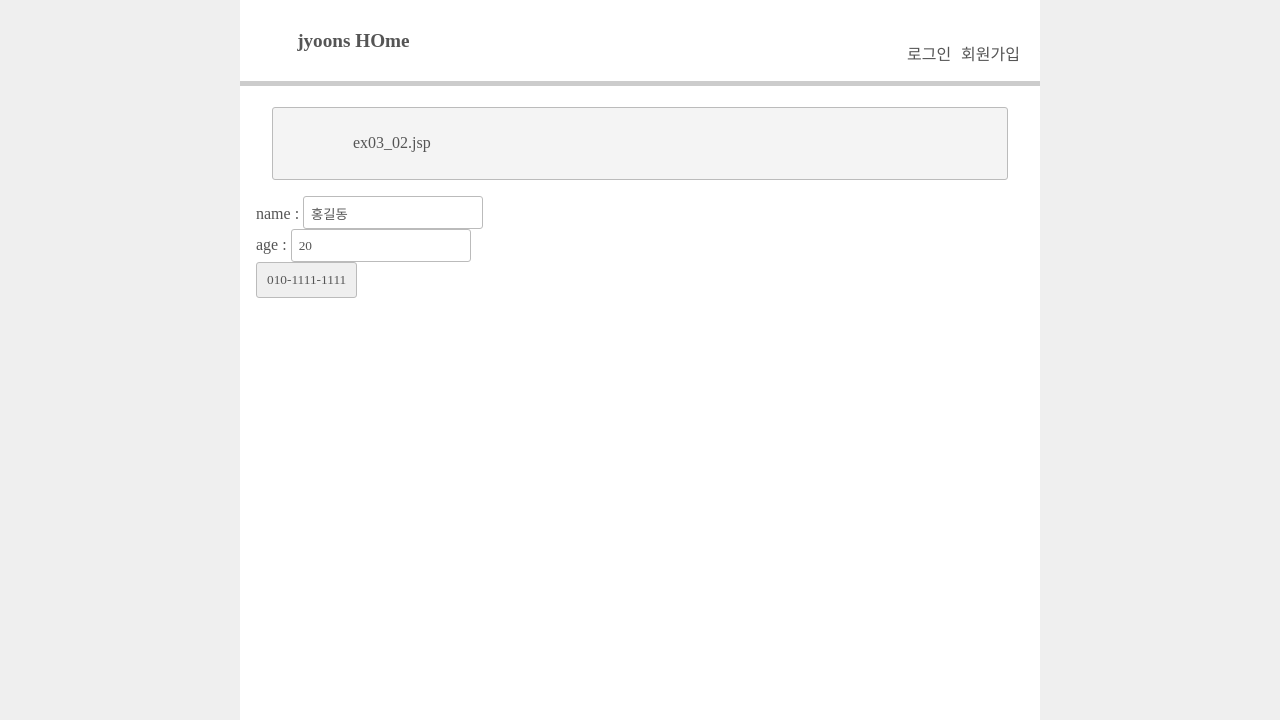
Repository: jyoons00/JSP-sample
Page: http://localhost/jspPro/days04/ex03_02.jsp
An editor plug-in stored every save of this project. The page is shown before and after the next save, followed by the edit.
The browser window is 1280 px wide. The pictures show the whole page.
Some web fonts or font styles are not loaded; a fallback is used. The page is served by Tomcat 9. Other server files are loaded and not shown.

Above is the page before, as saved 2024-10-18 06:05:17.

### jspPro/src/main/webapp/days04/ex03_02.jsp
<%@ page contentType="text/html; charset=UTF-8" pageEncoding="UTF-8"%>
<%@ taglib prefix="c" uri="http://java.sun.com/jsp/jstl/core" %>
<!DOCTYPE html>
<html>
  <head>
    <meta charset="UTF-8" />
    <title>Insert title here</title>
    <link
      rel="shortcut icon"
      type="image/x-icon"
      href="http://localhost/jspPro/images/SiSt.ico"
    />
    <script src="https://ajax.googleapis.com/ajax/libs/jquery/3.7.1/jquery.min.js"></script>
    <meta name="viewport" content="width=device-width, initial-scale=1.0" />
    <link
      rel="stylesheet"
      href="http://localhost/jspPro/resources/cdn-main/example.css"
    />
    <script src="http://localhost/jspPro/resources/cdn-main/example.js"></script>
    <style>
      span.material-symbols-outlined {
        vertical-align: text-bottom;
      }
    </style>
  </head>
  <body>
    <header>
      <h1 class="main">
        <a href="#" style="position: absolute; top: 30px">jyoons HOme</a>
      </h1>
      <ul>
        <li><a href="#">로그인</a></li>
        <li><a href="#">회원가입</a></li>
      </ul>
    </header>
    <div>
      <xmp class="code">
   		ex03_02.jsp
  	  </xmp>

  	  <form action="ex03_02.jsp">
  	  		name : <input type="text " name="name" value="홍길동"><br>
  	  		age : <input type="text" name="age" value="20"><br>
  	  		<input type="submit" value="010-1111-1111">
  	  </form>
    </div>

  </body>
</html>

### jspPro/src/main/webapp/resources/cdn-main/example.css
@charset "UTF-8";

@import url('https://fonts.googleapis.com/css2?family=Material+Symbols+Outlined:opsz,wght,FILL,GRAD@20..48,100..700,0..1,-50..200');

@font-face {
    font-family: 'GmarketSansMedium';
    src: url('https://cdn.jsdelivr.net/gh/projectnoonnu/noonfonts_2001@1.1/GmarketSansMedium.woff') format('woff');
    font-weight: normal;
    font-style: normal;
}

:root {
	--text-color: #555;
	--sub-text-color: #777;
	--back-color: #EFEFEF;
	--header-color: #444;
	--primary-color: #DEDEDE;
	--secondary-color: #EFEFEF;
	--default-width: 800px;
	--narrow-width: 500px;
	--wide-width: 1200px;
	--text-font: 'GmarketSansMedium';
	--icon-font: 'Material Symbols Outlined';
	--border-color: #CCC;
}

html, body {
	margin: 0;
	padding: 0;
}

html {
	background-color: var(--back-color);
	display: flex;
	justify-content: center;
	min-height: 100vh;
}

body, body.default {
	width: var(--default-width);
	background-color: white;
	padding-bottom: 120px;
}

body.wide {
	width: var(--wide-width);
}

body.narrow {
	width: var(--narrow-width);
}



body, p, div, span, a, input, select, option, textarea, button, table, th, td, label, fieldset, legend {
	font-family: var(--text-font);
	color: var(--text-color);
}

h1, h2, h3 {
	font-family: var(--text-font);
	color: var(--header-color);
	padding: 0 1rem;
	padding-top: .5rem;
}

div > h1, div > h2, div > h3 {
	padding: 0;
}

body > div, body > main > div {
	padding: 0.3rem 1rem;
}


h1 { font-size: 2rem; border-bottom: 1px solid var(--border-color); }
h1 small { font-size: 1.2rem; color: var(--sub-text-color); }
h2 { font-size: 1.5rem; border-bottom: 1px dashed var(--border-color); }
h2 small { font-size: 1.1rem; color: --sub-text-color; }
h3 { font-size: 1.2rem; }
h3 small { font-size: 1rem; color: --sub-text-color; }



h1.main::before {
	font-family: var(--icon-font);
  	content: '\e666';
  	margin-right: 10px;
  	float: left;
	font-size: 2.5rem;
}

h1.sub::before {
	font-family: var(--icon-font);
  	content: '\ea19';
  	margin-right: 10px;
  	float: left;
	font-size: 2.5rem;
}


h1.page::before {
	font-family: var(--icon-font);
  	content: '\e0e0';
  	margin-right: 10px;
  	float: left;
	font-size: 2.5rem;
}

body > header > ul > li > .active{
	background-color: #FFF;
	color:#F00;
}

body > header {
	display: flex;
	justify-content: space-between;
	border-bottom: 5px solid var(--border-color);
	min-height: 74px;
	background-color: #FFF;
}

body > header.sticky {
	position: sticky;
	top: 0;
	z-index: 98;
}

body > header > h1 {
	font-size: 1.2rem;
	border: 0;
}

body > header.in > h1::before {
	font-family: var(--icon-font);
  	content: '\e332‥';
  	margin-right: 3px;
  	float: left;
	font-size: 2rem;
}


body > header > ul {
	list-style-type: none;
	display: flex;
	align-items: flex-end;
	margin-right: 10px;
}

body > header > ul > li {
	margin-right: 10px;
	cursor: pointer;
}

body > header > ul > li > a {
	cursor: pointer;
}


form {
	display: block;
}

form > div {
	padding: 0.3rem 1rem;
}

div > form > div {
	padding: 0.3rem 0;
}

input, textarea, button, select {
	border: 1px solid #BBB;
	border-radius: 3px;
	outline: none;
	resize: none;
	padding: 7px;
	margin: 0;
}

input[type=text]:read-only, textarea:read-only {
	cursor: not-allowed;
	background-color: #FFF;
}

input[type=text]:disabled, textarea:disabled {
	cursor: not-allowed;
	background-color: #EEE;
}

input[type=text], input[type=password], textarea, button, select {
	/* width: 300px; */
}

textarea {
	display: block;
	height: 100px;
}

input[type=button], input[type=submit], button {
	/* width: inherit; */
}

input.short, textarea.short, button.short, select.short {
	width: 100px;
}

input.long, textarea.long, button.long, select.long {
	width: 350px;
}

.narrow input.long, .narrow textarea.long, .narrow button.long, .narrow select.long {
	width: calc(100% - 20px);
}

input.full, textarea.full, button.full, select.full {
	width: calc(100% - 20px);
}

textarea.short {
	height: 50px;
}

textarea.long {
	height: 100px;
}

textarea.full {
	height: 200px;
}

input, textarea {
	padding-top: 8px;
}

input[type=button], input[type=submit], button {
	padding: 5px 10px;
	background-color: var(--secondary-color);
	cursor: pointer;
	min-height: 36px;
}

input[type=button].primary, input[type=submit].primary, button.primary {
	/* background-color: rgba(100, 149, 237, .2); */
	background-color: var(--primary-color);
}

input[type=button].primary:hover, input[type=submit].primary:hover, button.primary:hover {
	/* background-color: rgba(100, 149, 237, .3); */
	background-color: var(--secondary-color);
}

input[type=button]:hover, input[type=submit]:hover, button:hover {
	background-color: var(--primary-color);
}

button {
	position: relative;
	left: 0;
	top: 0;
	padding-left: 35px;
}

button .material-symbols-outlined {
	position: absolute;
	left: 10px;
	top: 4px;
}

/* k2nik add */
button.login::before {
	font-family: var(--icon-font);
  	content: '\ea77';
	position: absolute;
	left: 11px;
	top: 4px;
	font-size: 1.25rem;
}

/* k2nik logout */
button.logout::before {
	font-family: var(--icon-font);
  	content: '\e9ba';
	position: absolute;
	left: 11px;
	top: 4px;
	font-size: 1.25rem;
}

/* k2nik help */
button.help::before {
	font-family: var(--icon-font);
  	content: '\f1c0';
	position: absolute;
	left: 11px;
	top: 4px;
	font-size: 1.25rem;
}

button.add::before{
	font-family: var(--icon-font);
  	content: '\e746';
	position: absolute;
	left: 11px;
	top: 4px;
	font-size: 1.25rem;
}

button.back::before {
	font-family: var(--icon-font);
  	content: '\e166';
	position: absolute;
	left: 11px;
	top: 4px;
	font-size: 1.25rem;
}

button.list::before {
	font-family: var(--icon-font);
  	content: '\e0ee';
	position: absolute;
	left: 11px;
	top: 4px;
	font-size: 1.25rem;
}


button.del::before {
	font-family: var(--icon-font);
  	content: '\e872';
	position: absolute;
	left: 11px;
	top: 4px;
	font-size: 1.25rem;
}


button.edit::before {
	font-family: var(--icon-font);
  	content: '\e745';
	position: absolute;
	left: 11px;
	top: 4px;
	font-size: 1.25rem;
}


button.login::before {
	font-family: var(--icon-font);
  	content: '\ea77';
	position: absolute;
	left: 11px;
	top: 4px;
	font-size: 1.25rem;
}


button.logout::before {
	font-family: var(--icon-font);
  	content: '\e9ba';
	position: absolute;
	left: 11px;
	top: 4px;
	font-size: 1.25rem;
}


button.in::before {
	font-family: var(--icon-font);
  	content: '\f71a';
	position: absolute;
	left: 11px;
	top: 4px;
	font-size: 1.25rem;
}


button.out::before {
	font-family: var(--icon-font);
  	content: '\f70e';
	position: absolute;
	left: 11px;
	top: 4px;
	font-size: 1.25rem;
}


button.reply::before {
	font-family: var(--icon-font);
  	content: '\e15e';
	position: absolute;
	left: 11px;
	top: 4px;
	font-size: 1.25rem;
}


button.comment::before {
	font-family: var(--icon-font);
  	content: '\e0b9';
	position: absolute;
	left: 11px;
	top: 4px;
	font-size: 1.25rem;
}


button.modal::before {
	font-family: var(--icon-font);
  	content: '\e89e';
	position: absolute;
	left: 11px;
	top: 4px;
	font-size: 1.25rem;
}


button.ok::before {
	font-family: var(--icon-font);
  	content: '\e86c';
	position: absolute;
	left: 11px;
	top: 4px;
	font-size: 1.25rem;
}


button.cancel::before {
	font-family: var(--icon-font);
  	content: '\e5c9';
	position: absolute;
	left: 11px;
	top: 4px;
	font-size: 1.25rem;
}

button.search::before {
	font-family: var(--icon-font);
  	content: '\e8b6';
	position: absolute;
	left: 11px;
	top: 4px;
	font-size: 1.25rem;
}

button.home::before {
	font-family: var(--icon-font);
  	content: '\e88a';
	position: absolute;
	left: 11px;
	top: 4px;
	font-size: 1.25rem;
}


button.sidebar::before {
	font-family: var(--icon-font);
  	content: '\f7e4';
	position: absolute;
	left: 11px;
	top: 4px;
	font-size: 1.25rem;
}


button.sidebar-right::before {
	font-family: var(--icon-font);
  	content: '\f7e5';
	position: absolute;
	left: 11px;
	top: 4px;
	font-size: 1.25rem;
}




button::before {
	font-family: var(--icon-font);
  	content: '\e323';
	position: absolute;
	left: 11px;
	top: 4px;
	font-size: 1.25rem;
}


table {
	border-collapse: collapse;
	margin: 1rem;
	box-sizing: border-box;
	width: calc(100% - 32px);
}

table.content {
	width: auto;
}

div > table {
	margin: 0;
}

table th, table td {
	border: 1px solid var(--border-color);
	padding: 7px;
	font-weight: normal;
}

table th {
	background-color: var(--back-color);
}

table.vertical th {
	width: 150px;
}

table.vertical td {
	width: calc(100% - 182px);
	padding-left: 10px;
}

table.content td, table.content th {
	width: auto;
}

body.narrow table.vertical th {
	width: 100px;
}

body.narrow table.vertical td {
	width: calc(100% - 182px);
}


table + table {
	margin-top: 30px;
}


p {
	padding: 0 1rem;
}

a {
	text-decoration: none;
}

a:hover {
	color: rgba(255, 99, 71, .7);
}

hr {
	border: 0;
	border-top: 1px solid var(--border-color);
	margin: 2rem 0;
}

.message {
	border: 1px solid var(--border-color);
	background-color: #EFEFEF;
	margin: 1rem;
	width: auto;
	padding-top: 10px;
	padding-bottom: 10px;
	font-size: 14px;
}

.message[title]::before {
	content: attr(title);
	display: block;
	border-bottom: 1px solid var(--border-color);
	padding-bottom: 5px;
	margin-bottom: 10px;
	margin-top: 7px;
}

.message.short {
	max-width: 250px;
}

.message.long {
	max-width: 500px;
}

.badge {
	float: right;
	font-size: .8rem;
	margin-top: 2px;
	margin-right: 2px;
	text-shadow: 0 0 7px gray;
}

.badge.left {
	float: none;
	margin-left: 2px;
}

.badge.right {
	float: right;
}

.badge.red {
	border-radius: 50%;
	padding: 2px 5px;
	background-color: rgb(255, 99, 71, .3);
}

.badge.yellow {

	border-radius: 50%;
	padding: 2px 5px;
	background-color: rgb(255, 215, 0, .5);
}

.badge.blue {
	border-radius: 50%;
	padding: 2px 5px;
	background-color: rgb(100, 149, 237, .3);
}

label + label {
	margin-left: 7px;
}

label input[type=checkbox], label input[type=radio] {
	transform: translate(0, 1px);
}

.group {
	display: flex;
}

.modal-content .group {
	margin-bottom: .5rem;
}

.group label {
	border: 1px solid #BBB;
	border-radius: 3px;
	outline: none;
	resize: none;
	padding: 7px 14px;
	margin: 0;
	border-top-right-radius: 0;
	border-bottom-right-radius: 0;
	background-color: #EFEFEF;
	white-space: nowrap;
	font-size: 14px;
}

.group input[type=text] {
	margin-left: -1px;
	border-top-left-radius: 0;
	border-bottom-left-radius: 0;
}

.group select {
	margin-left: -1px;
	border-top-left-radius: 0;
	border-bottom-left-radius: 0;
}

.group input.full[type=text] {
	margin-left: -1px;
	border-top-left-radius: 0;
	border-bottom-left-radius: 0;
	width: 100%;
}

.group input[type=button]:first-child, .group button:first-child {
	border-top-left-radius: 3px;
	border-bottom-left-radius: 3px;
	margin-left: 0px;
}

.group input[type=button], .group button {
	border-radius: 0;
	margin-left: -1px;
}

.group input[type=button]:last-child, .group button:last-child {
	margin-left: -1px;
	border-top-right-radius: 3px;
	border-bottom-right-radius: 3px;
}

.seperate {
	display: flex;
	justify-content: space-between;
}

div.list {
	width: max-content;
	margin: 1rem;
	border: 1px solid #BBB;
	border-radius: 3px;
	padding: 0;
}

div.list.full {
	width: auto;
	display: block;
	margin: 1rem;
	border: 1px solid #BBB;
	border-radius: 3px;
	padding: 0;
}

div.list > div {
	padding: .5rem 1rem;
	margin: 0;
	border-bottom: 1px solid #BBB;
}

div.list > div:last-child {
	border-bottom: 0;
}

pre.code , xmp.code{
	font-family: consols;
	background-color: rgba(150, 150, 150, .1);
	border: 1px solid #BBB;
	border-radius: 3px;
	padding: .5rem 1rem;
	padding-bottom: .6rem;
	margin: 1rem;
}




*[data-modal-window] {
	position: fixed;
	background-color: rgba(0, 0, 0, .3);
	left: 0;
	top: 0;
	display: none;
	justify-content: center;
	align-items: flex-start;
	width: 100%;
	min-height: 100vh;
	z-index: 100;
	opacity: 0;
	transition: 500ms all;
}

*[data-modal-window] .modal-container {
	border-radius: 5px;
	padding: 1rem;
	padding-bottom: .5rem;
	margin-top: -500px;
	opacity: 0;
	width: 500px;
	background-color: #FFF;
	margin-right: 2rem;
	transition: 500ms all;
}

*[data-modal-size=content] .modal-container {
	width: auto;
}

*[data-modal-size=narrow] .modal-container {
	width: 300px;
}

*[data-modal-size=wide] .modal-container {
	width: 760px;
}


*[data-modal-window] .modal-header {
	border-bottom: 1px solid var(--border-color);
	padding: 2px 5px;
}

*[data-modal-window] .modal-content {
	padding: 1rem 5px;
}

*[data-modal-window] .modal-content div:last-child {
	margin-top: 1rem;
	text-align: right;
}



*[data-sidebar-window] {
	position: fixed;
	background-color: #FFF;
	left: 0;
	top: 0;
	display: block;
	width: 300px;
	border-right: 1px solid var(--border-color);
	box-sizing: border-box;
	box-shadow: 0 0 3px var(--back-color);
	min-height: 100vh;
	z-index: 99;
	transform: translate(-300px, 0);
	transition-duration: 500ms;
	transition-property: transform;
}

*[data-sidebar-direction=right] {
	left: auto;
	right: 0;
	transform: translate(300px, 0);
	border-left: 1px solid var(--border-color);
}

*[data-sidebar-size=wide] {
	width: 500px;
	transform: translate(-500px, 0);
}

*[data-sidebar-window] .sidebar-title {
	border-bottom: 1px solid var(--border-color);
	margin-top: 20px;
	margin-bottom: 20px;
	padding-bottom: 5px;
	display: flex;
	justify-content: space-between;
}

*[data-sidebar-window] .sidebar-title span:last-child {
	cursor: pointer;
}


/* K2Nik pagination */
.center {
  text-align: center;
}

.pagination {
  display: inline-block;
}

.pagination a {
  color: black;
  float: left;
  padding: 3px 6px;
  text-decoration: none;
  transition: background-color .3s;
  border: 1px solid #ddd;
  margin: 0 3px;
}

.pagination a.active {
  background-color: #4CAF50;
  color: white;
  border: 1px solid #4CAF50;
}

.pagination a:hover:not(.active) {background-color: #ddd;}

### jspPro/src/main/webapp/resources/cdn-main/example.js

window.onload = () => {

    const list = document.querySelectorAll('input, textarea');

    list.forEach(item => {
        item.setAttribute('autocomplete', 'off');
    });


    const modal_btn_list = document.querySelectorAll('*[data-modal-button]');

    modal_btn_list.forEach(item => {
        item.onclick = function() {

            const name = this.dataset['modalButton'];
            const modal_window = document.querySelector('*[data-modal-window=' + name);

            const container = document.createElement('div');
            container.className = 'modal-container';



            const modal_header = document.createElement('div');
            modal_header.textContent = modal_window.dataset['modalTitle'];
            modal_header.className = 'modal-header';
            container.appendChild(modal_header);

            const modal_content = document.createElement('div');
            modal_content.className = 'modal-content';
            container.appendChild(modal_content);

            Array.from(modal_window.childNodes).forEach(item => {
                modal_content.appendChild(item);
            });

            modal_window.appendChild(container);

            modal_window.style.display = 'flex';

            setTimeout(() => {
                modal_window.style.opacity = 1;
                container.style.marginTop = '20px';
                container.style.opacity = 1;
            }, 50);


            const modal_ok = document.querySelector('*[data-modal-ok=' + name);
            modal_ok.addEventListener('click', function() {
                modal_window.style.opacity = 0;
                container.style.marginTop = '-500px';
                container.style.opacity = 0;

                setTimeout(() => {
                    modal_window.innerHTML = modal_content.innerHTML;
                    modal_window.style.display = 'none';
                }, 500);

            });

            const modal_cancel = document.querySelector('*[data-modal-cancel=' + name);
            modal_cancel.addEventListener('click', function() {

                modal_window.style.opacity = 0;
                container.style.marginTop = '-500px';
                container.style.opacity = 0;

                setTimeout(() => {
                    modal_window.innerHTML = modal_content.innerHTML;
                    modal_window.style.display = 'none';
                }, 500);
            });


        };
    });


    const sidebar_btn_list = document.querySelectorAll('*[data-sidebar-button]');

    sidebar_btn_list.forEach(item => {
        item.onclick = function() {



            const name = this.dataset['sidebarButton'];
            const sidebar_window = document.querySelector('*[data-sidebar-window=' + name);

            if (sidebar_window.style.transform == 'translate(0px, 0px)') return;



            sidebar_window.style.transform = 'translate(0, 0)';

            const sidebar_title = document.createElement('div');
            sidebar_title.className = 'sidebar-title';
            sidebar_title.innerHTML = '<span>' + sidebar_window.dataset['sidebarTitle'] + '</span><span class="material-symbols-outlined">close</span>';

            sidebar_title.children[1].onclick = function() {

                let sign = 1;
                let distance = 300;

                if (sidebar_window.dataset['sidebarDirection'] != 'right') {
                    sign = -1;
                } else {
                    sign = 1;
                }

                if (sidebar_window.dataset['sidebarSize'] != 'wide') {
                    distance = 300;
                } else {
                    distance = 500;
                }

                distance *= sign;

                sidebar_window.style.transform = 'translate(' + distance + 'px, 0)';

                setTimeout(function() {
                    sidebar_window.removeChild(sidebar_window.children[0]);
                }, 500);
            };


            sidebar_window.prepend(sidebar_title);

        }
    });

};

// window.onkeydown = function(event) {

//     if (event.keyCode == 27) {
//         if (document.querySelector('[data-modal-window').style.display == 'flex') {
//             document.querySelector('[data-modal-window').style.display = 'none';
//         }
//     }

// };

After the next save:
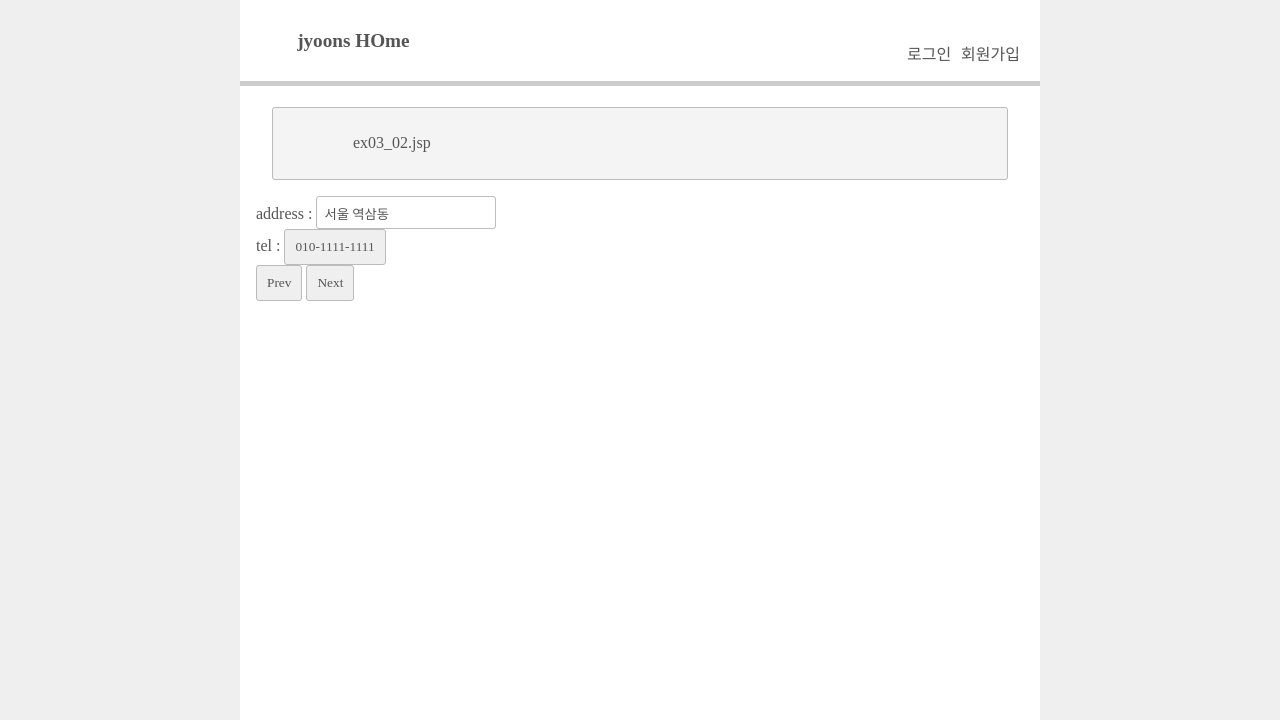
Saved 79 s later.
--- a/jspPro/src/main/webapp/days04/ex03_02.jsp
+++ b/jspPro/src/main/webapp/days04/ex03_02.jsp
@@ -39,9 +39,10 @@
   	  </xmp>
 
   	  <form action="ex03_02.jsp">
-  	  		name : <input type="text " name="name" value="홍길동"><br>
-  	  		age : <input type="text" name="age" value="20"><br>
-  	  		<input type="submit" value="010-1111-1111">
+  	  		address : <input type="text " name="address" value="서울 역삼동"><br>
+  	  		tel : <input type="button" name="tel" value="010-1111-1111"><br>
+  	  		<input type="submit" value="Prev" onclick="history.back()">
+  	  		<input type="submit" value="Next">
   	  </form>
     </div>
 
